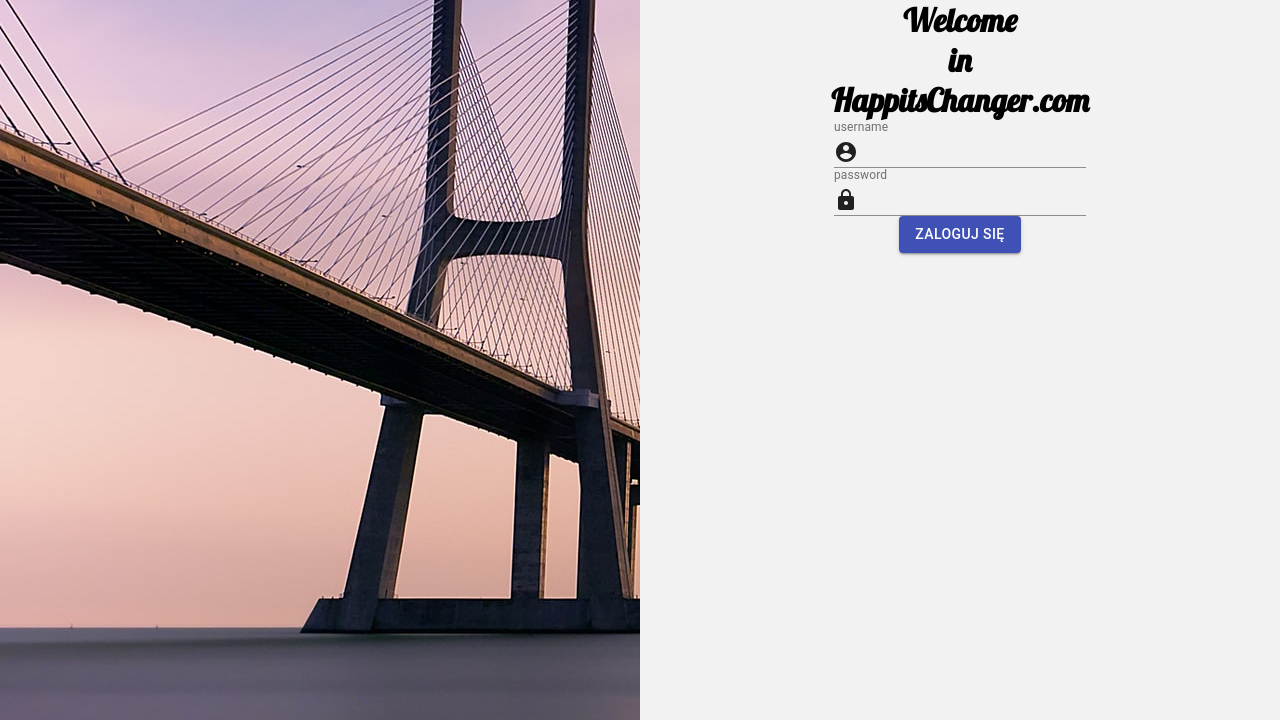
Repository: pgruca96/HappitsChanger
Page: /
These files come from the project's save history. The page is drawn as it stood at one moment and after a run of saves; the edit follows.
The browser window is 1280 px wide. The pictures show the whole page.
The project was rebuilt for these pictures with package versions that can differ from the ones it lists, and the page was loaded fresh each time.

Above is the page before, as saved 2020-10-25 16:16:52.

After the next 2 saves:
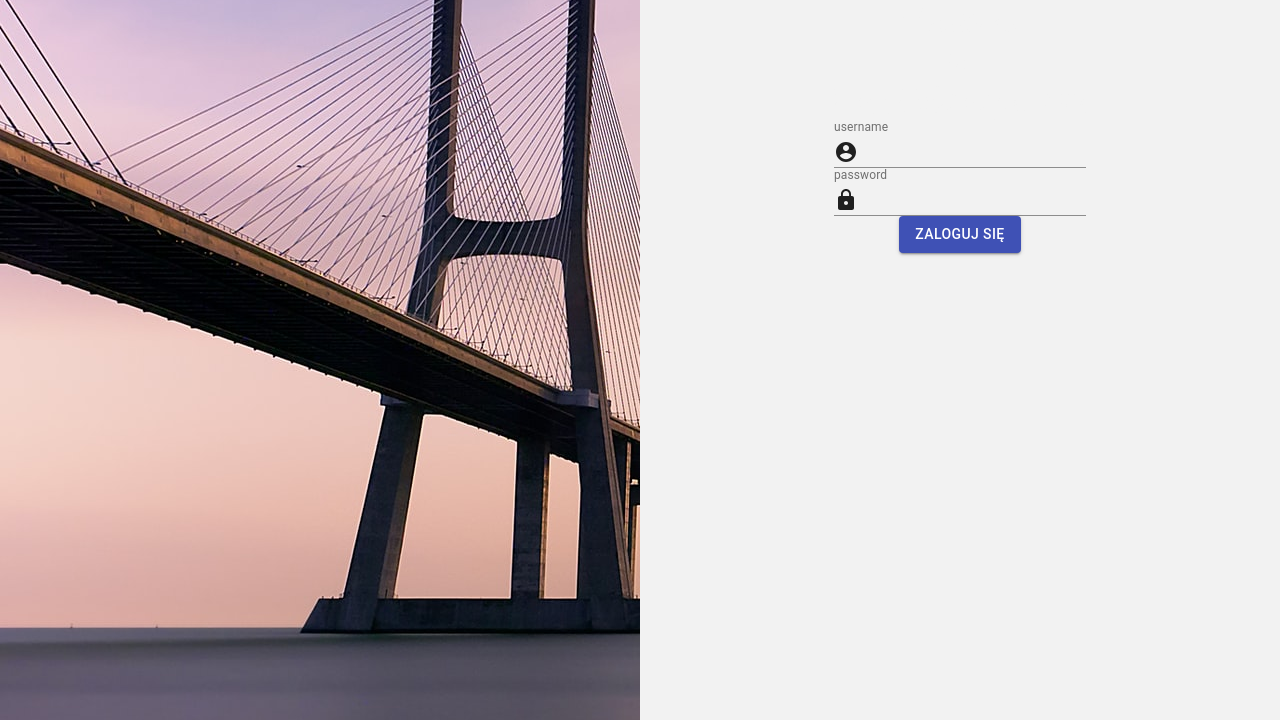
The 2 saves are shown as one change because 1 did not build or start.
The last was saved 84 s later.
--- a/src/containers/loginPage/index.js
+++ b/src/containers/loginPage/index.js
@@ -1,21 +1,20 @@
 import React from "react";
 import { LoginPageContainer } from "../../styles/LoginPage";
 import LoginForm from "../../components/form/index";
-import Grid from "@material-ui/core/Grid";
+import { loginTheme } from "../../styles/colors";
+import { Grid, Box } from "@material-ui/core";
 
 const LoginPage = () => {
   return (
-    // <Grid container>
-
     <LoginPageContainer>
       <Grid container direction="row" justify="flex-end">
         <Grid item xs={12} sm={6} style={{ background: "#f2f2f2" }}>
-          <LoginForm />
+          <Box color={loginTheme}>
+            <LoginForm />
+          </Box>
         </Grid>
       </Grid>
     </LoginPageContainer>
-
-    // </Grid>
   );
 };
 
